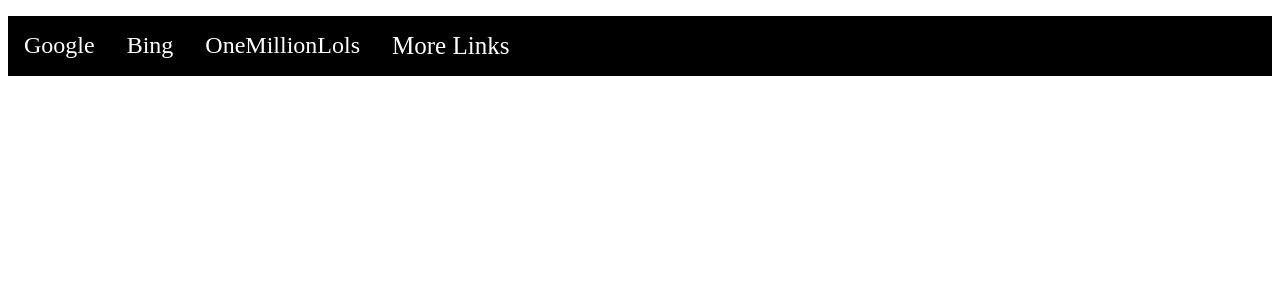
Repository: GunnarStone/GunnarStone.github.io
Page: index.html
The author's editor kept a record of every edit. The page is drawn from the files as they stood at one moment, then again after the next edit.
The browser window is 1280 px wide. The pictures show the whole page.

Above is the page before.

### index.html
<!DOCTYPE html>
<html>
<head>
<title>Home</title>
<style>
    * {

    }
    .navbar {
        list-style:none;
        background-color:Black;
        overflow: hidden;
        padding:0;
    }
    .navbar a{
        text-decoration:none;
        color:white;
        font-size:24px;
        padding:16px;
        display: inline-block;
    }
    .navbar li{
        float:left;
        border-radius: 5px;
    }
    .navbar li:hover{
        background-color:Black;
    }
    .dropdown-cnt{
        list-style:none;
        padding:0;
        display:none;
    }
    .dropdown-cnt li{
        float:none;
        padding:0;
    }
    .navbar a, dropdown div {
        text-decoration:none;
        color:white;
        font-size:24px;
        padding:16px;
        display: inline-block;
    }
    .youre-Special{
        font-size: 25px;
        padding:16px;
        color:white;
        display:inline-block;
    }
    .dropdown:hover .dropdown-cnt{
        display:block;
    }
    .navbar a:hover{
        background-color:White;
        color:black;
    }
</style>
</head>
<body>
    <ul class=navbar>
        <li><a href="https://www.google.com">Google</a></li>
        <li><a href="https://www.bing.com">Bing</a></li>
        <li><a href="http://onemillionlols.com/">OneMillionLols</a></li>
        <li class="dropdown">
            <div class="youre-Special" >More Links</div>
            <ul class="dropdown-cnt">
                <li><a href="#">Project One</a></li>
                <li><a href="#">Project Two</a></li>
                <li><a href="#">Project Three</a></li>
            </ul>
        </li>
    </ul>
<script>



</script>
</body>
</html>

After the next edit:
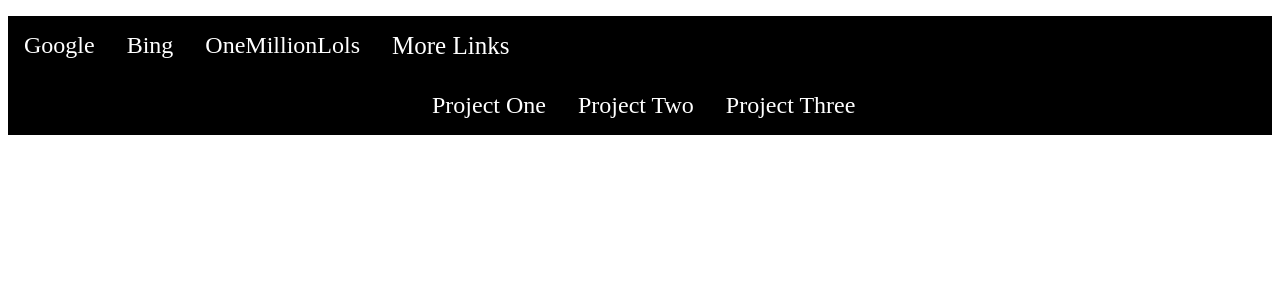
The edit:
--- a/index.html
+++ b/index.html
@@ -64,7 +64,7 @@
         <li><a href="http://onemillionlols.com/">OneMillionLols</a></li>
         <li class="dropdown">
             <div class="youre-Special" >More Links</div>
-            <ul class="dropdown-cnt">
+            <ul class="makesUlWhite" class="dropdown-cnt">
                 <li><a href="#">Project One</a></li>
                 <li><a href="#">Project Two</a></li>
                 <li><a href="#">Project Three</a></li>

After the edit that followed:
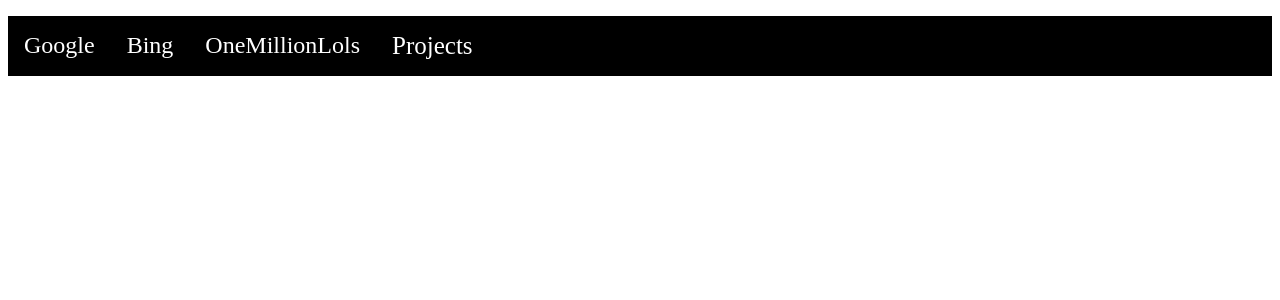
The edit:
--- a/index.html
+++ b/index.html
@@ -63,8 +63,8 @@
         <li><a href="https://www.bing.com">Bing</a></li>
         <li><a href="http://onemillionlols.com/">OneMillionLols</a></li>
         <li class="dropdown">
-            <div class="youre-Special" >More Links</div>
-            <ul class="makesUlWhite" class="dropdown-cnt">
+            <div class="youre-Special" >Projects</div>
+            <ul class="dropdown-cnt">
                 <li><a href="#">Project One</a></li>
                 <li><a href="#">Project Two</a></li>
                 <li><a href="#">Project Three</a></li>
